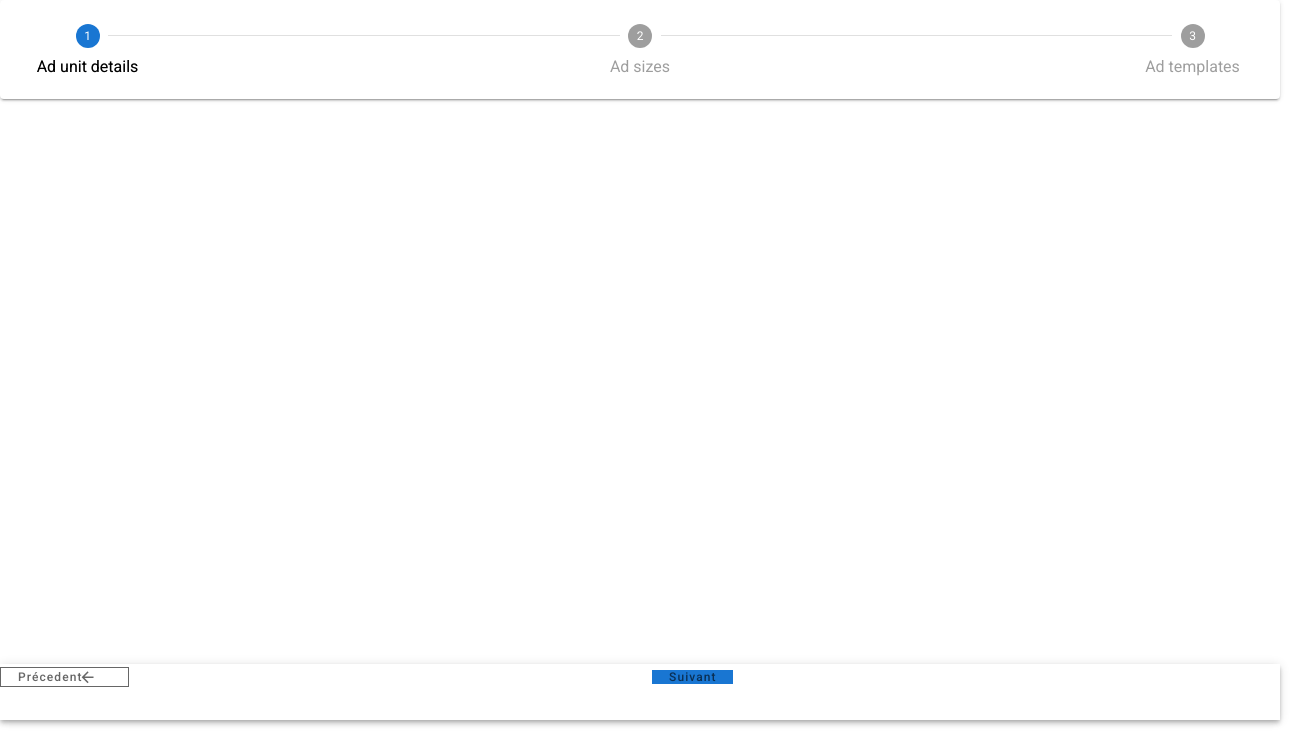
Repository: SidneyHodieb/myc
Page: /addsource
These files come from the project's save history. The page is drawn as it stood at one moment and after the next save; the edit follows.
The browser window is 1280 px wide. The page is 1292 px wide, so the pictures cover 1292 px, including what lies to the right of the window. The pictures show the whole page.
The project was rebuilt for these pictures with package versions that can differ from the ones it lists, and the page was loaded fresh each time. Also part of the build but not shown: vue.config.js, src/views/Home.vue, src/views/addSource/components/format.vue, src/views/addSource/components/card.vue, src/views/addSource/components/trigger.vue.

Above is the page before, as saved 2021-04-03 17:40:34.

After the next save:
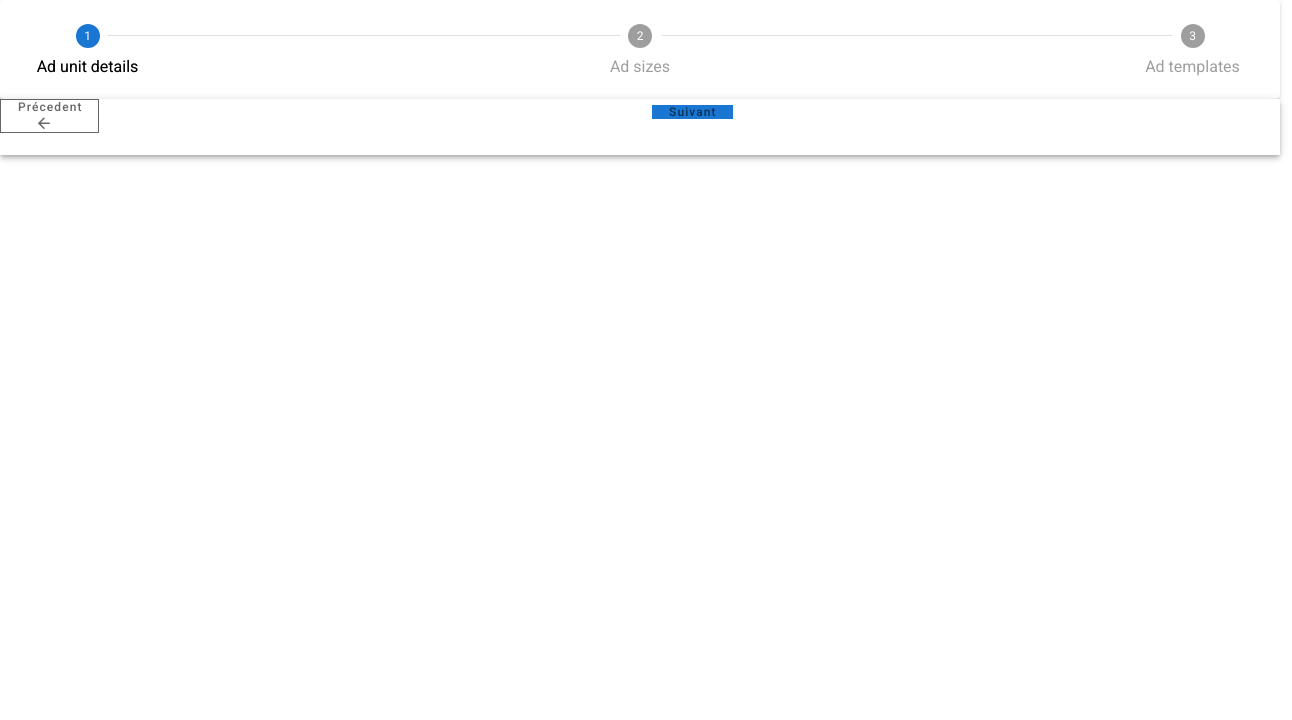
Saved 2 min 14 s later.
--- a/src/views/addSource/column.vue
+++ b/src/views/addSource/column.vue
@@ -26,11 +26,6 @@
         <!--Footer  -->
 
     <v-bottom-navigation
-      absolute
-      color="blue"
-      hide-on-scroll
-      horizontal
-      scroll-threshold="500"
     >
       <v-row>
         <v-col>

After the save that followed:
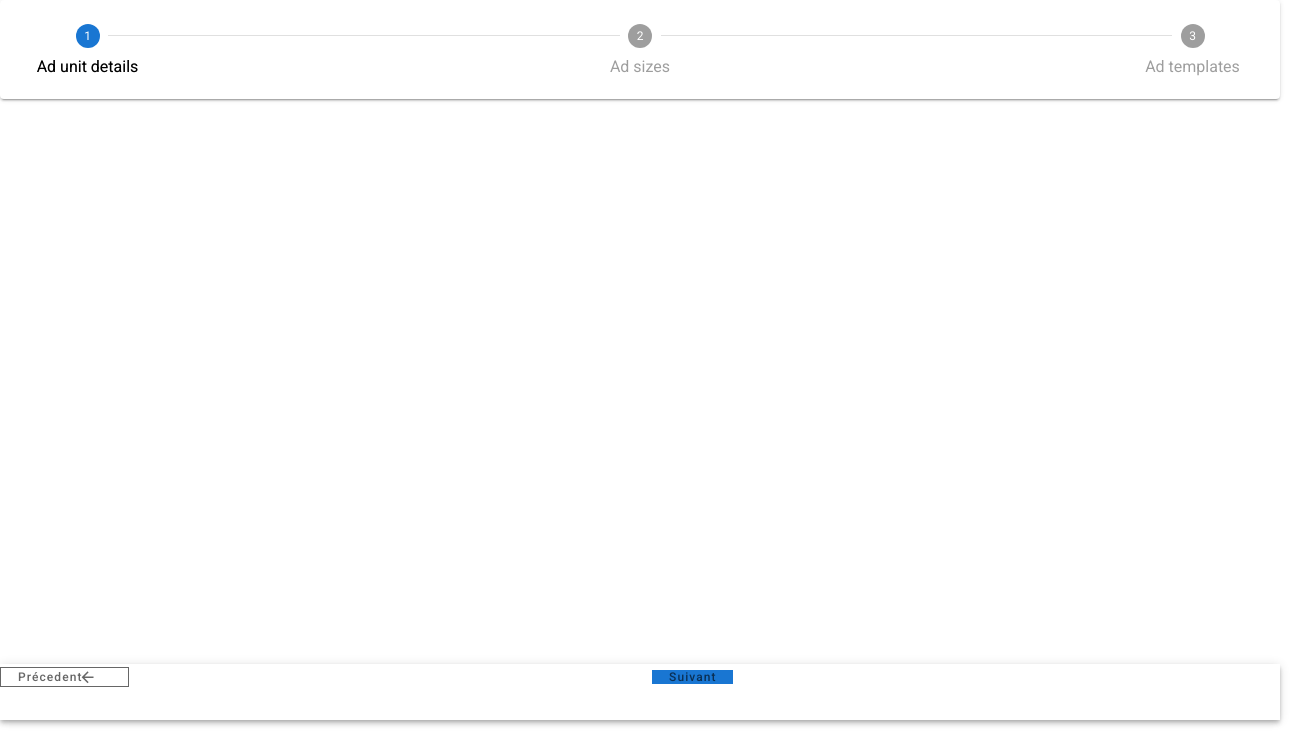
Saved 11 s later.
--- a/src/views/addSource/column.vue
+++ b/src/views/addSource/column.vue
@@ -26,6 +26,11 @@
         <!--Footer  -->
 
     <v-bottom-navigation
+      absolute
+      color="blue"
+      hide-on-scroll
+      horizontal
+      scroll-threshold="500"
     >
       <v-row>
         <v-col>
